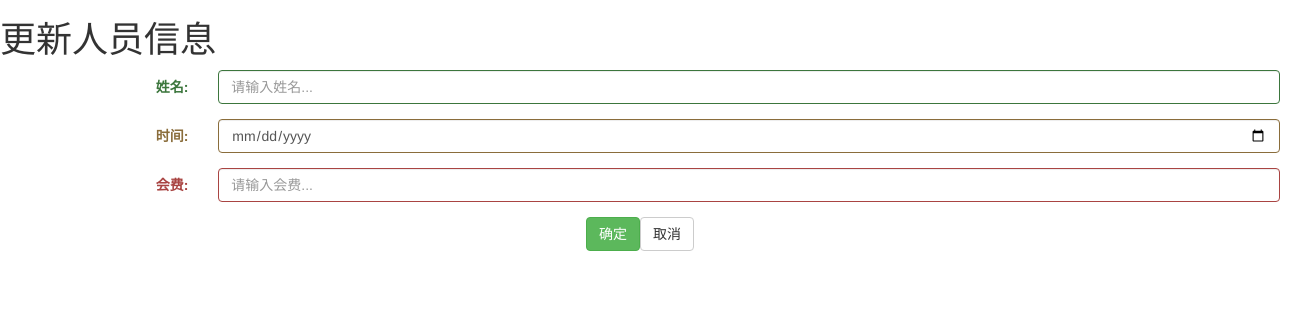
Repository: HelloChuang/HelloChuang-EclipseWorkSpace
Page: http://localhost/RetestServlet2/user_add.jsp
These files come from the project's save history. The page is drawn as it stood at one moment and after the next save; the edit follows.
The browser window is 1280 px wide. The page is 1295 px wide, so the pictures cover 1295 px, including what lies to the right of the window. The pictures show the whole page.
The page is served by Tomcat 9.

Above is the page before, as saved 2018-10-31 06:56:59.

After the next save:
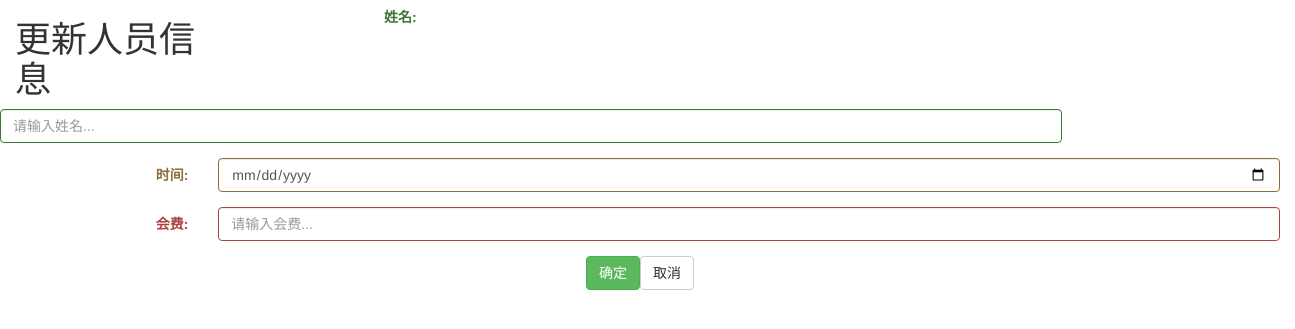
Saved 34 s later.
--- a/EclipseWorkSpace/RetestServlet2/WebContent/user_add.jsp
+++ b/EclipseWorkSpace/RetestServlet2/WebContent/user_add.jsp
@@ -10,7 +10,7 @@
 <title>首页</title>
 </head>
 <body>
-<div><h1>更新人员信息</h1></div>
+<div class="col-sm-2" ><h1>更新人员信息</h1></div>
 <form class="form-horizontal" role="form" action="AddUserAction">
 <div class="form-group has-success">
     <label class="col-sm-2 control-label" for="inputSuccess">姓名:</label>
